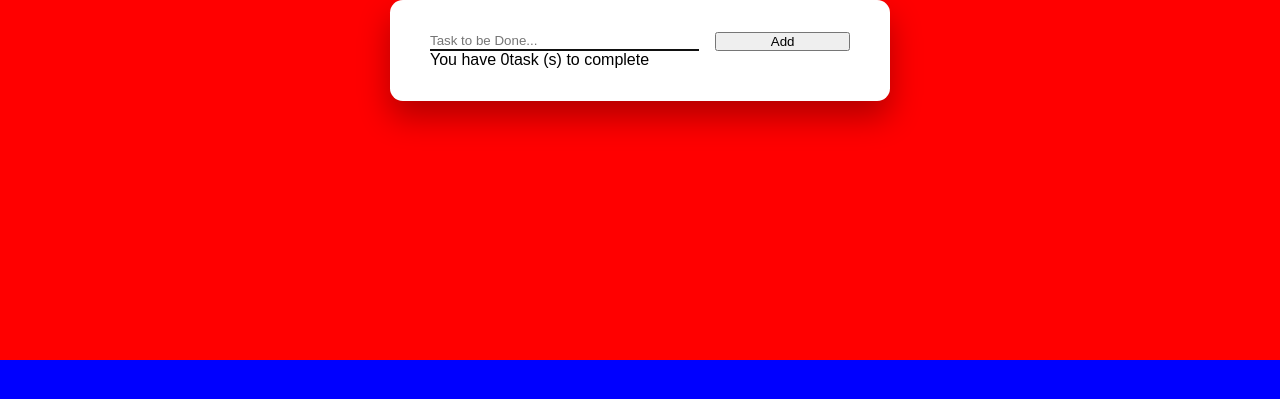
Repository: JunaidAnsari202/Todo-List
Page: index.html
The author's editor kept a copy of each file at every save. The page is drawn from the files as they stood at one save, then again after a run of saves.
The browser window is 1280 px wide. The pictures show the whole page.

Above is the page before, as saved 2023-10-30 12:36:10.

### index.html
<!DOCTYPE html>
<html lang="en">
<head>
    <meta charset="UTF-8">
    <meta name="viewport" content="width=device-width, initial-scale=1.0">
    <title>Document</title>
    <link rel="stylesheet" href="style.css">
</head>
<body>
    <div class="app">
        <div class="container">
            <div id="wrapper">
                <input type="text" placeholder="Task to be Done...">
                <button id="btn">Add</button>
            </div>
            <div id="task">
                <p id="pending task">You have <span class="count">0</span>task (s) to complete</p>
            </div>
        </div>
    </div>
</body>
</html>

### style.css
*{
    margin: 0;
    padding: 0;
    box-sizing: border-box;
}

body{
    height: 100vh;
    background: linear-gradient(red 50%,blue 50%);
}

.app{
    font-family: "poppins", sans-serif;
    position: absolute;
    width: min(95vw , 31.25em);
    margin: auto;
    left: 0;
    right: 0;
}

.container{
    padding: 2em 2.5em;
    background-color: #fff;
    box-shadow: 0 1em 2em rgba(0,0,0,0.3);
    border-radius: 0.8em;

}

#wrapper{
    position: relative;
    display: grid;
    grid-template-columns: 8fr 4fr;
    gap: 1em;
}

#wrapper input{
    width: 100%;
    background-color: transparent;
    color: #111111;
    font-size: 0.9;
    border:none;
    border-bottom: 2px solid ;

}

After the next 4 saves:
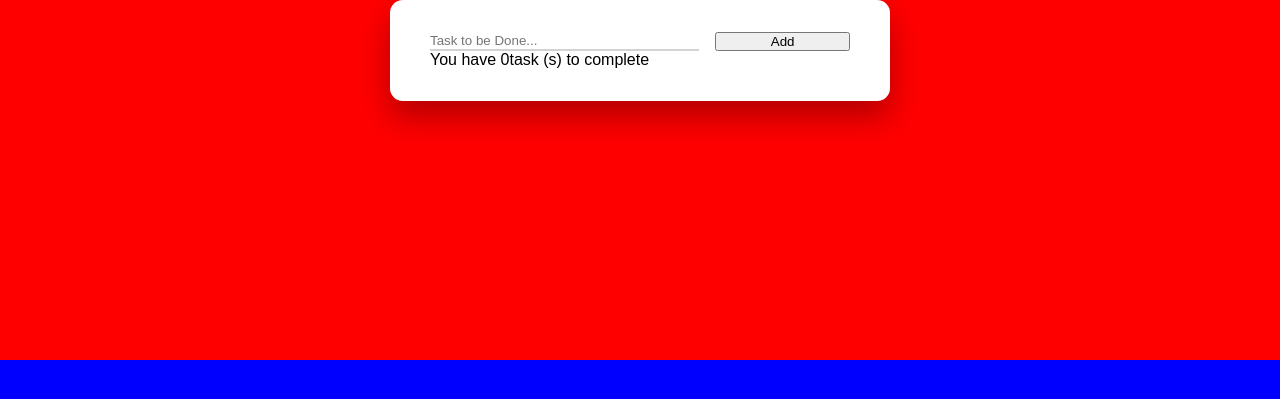
The 4 saves are shown as one change because they came seconds apart.
The last was saved 10 s later.
--- a/style.css
+++ b/style.css
@@ -39,6 +39,6 @@ body{
     color: #111111;
     font-size: 0.9;
     border:none;
-    border-bottom: 2px solid ;
+    border-bottom: 2px solid #d1d3d4;
 
 }
